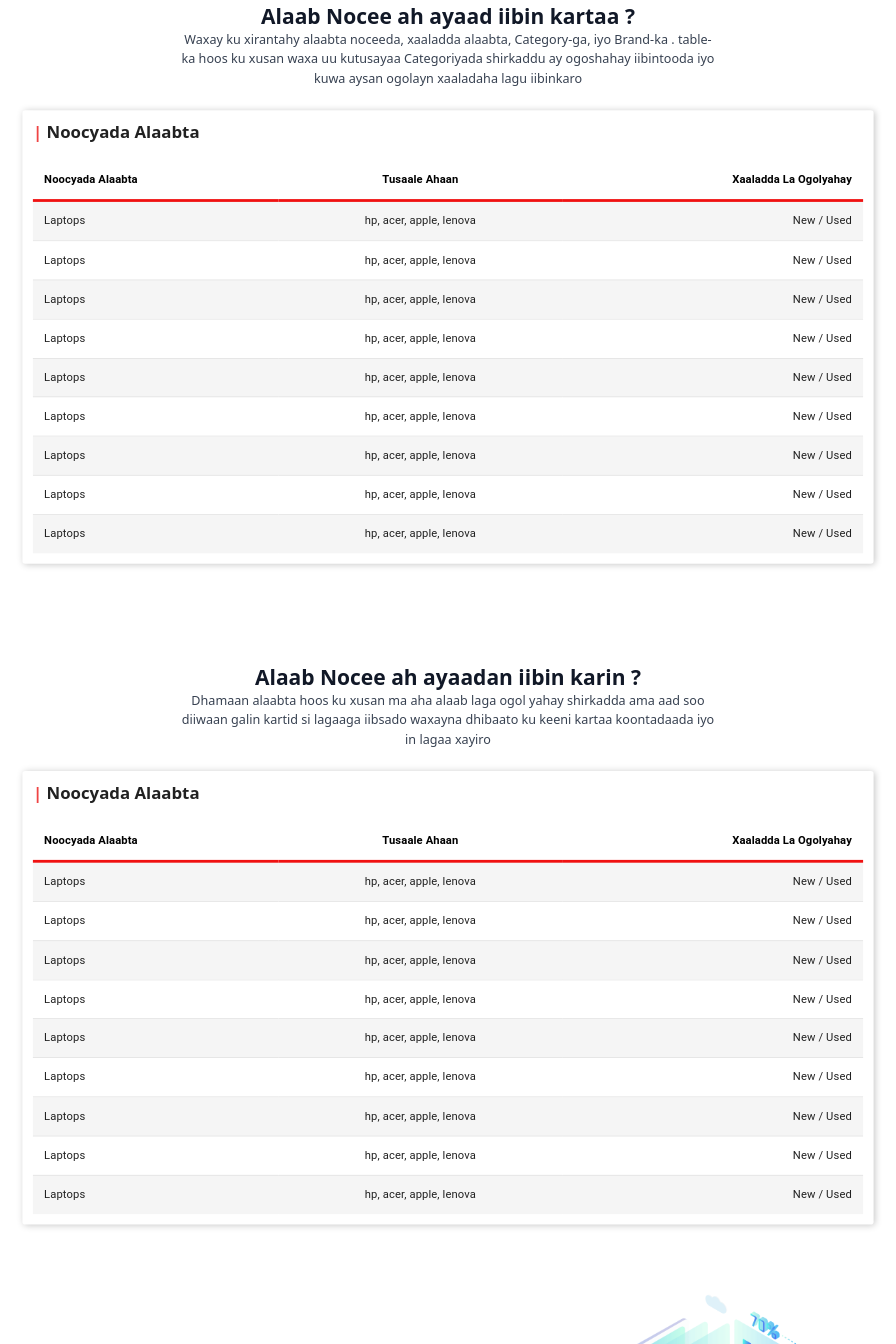
Repository: muraadso/Muraadso-Sellers
Page: /
The author's editor kept a copy of each file at every save. The page is drawn from the files as they stood at one save, then again after the next save.
The browser window is 1280 px wide. The pictures show the part of the page from y = 2278 to 4198 px (the page is 7978 px tall before and 6974 px after), at 70% of full size.
The project was rebuilt for these pictures with package versions that can differ from the ones it lists, and the page was loaded fresh each time. The framework's server and built-in components were replaced by stand-ins that run in the browser. Also part of the build but not shown: next.config.js.

Above is the page before, as saved 2021-12-11 11:07:29.

After the next save:
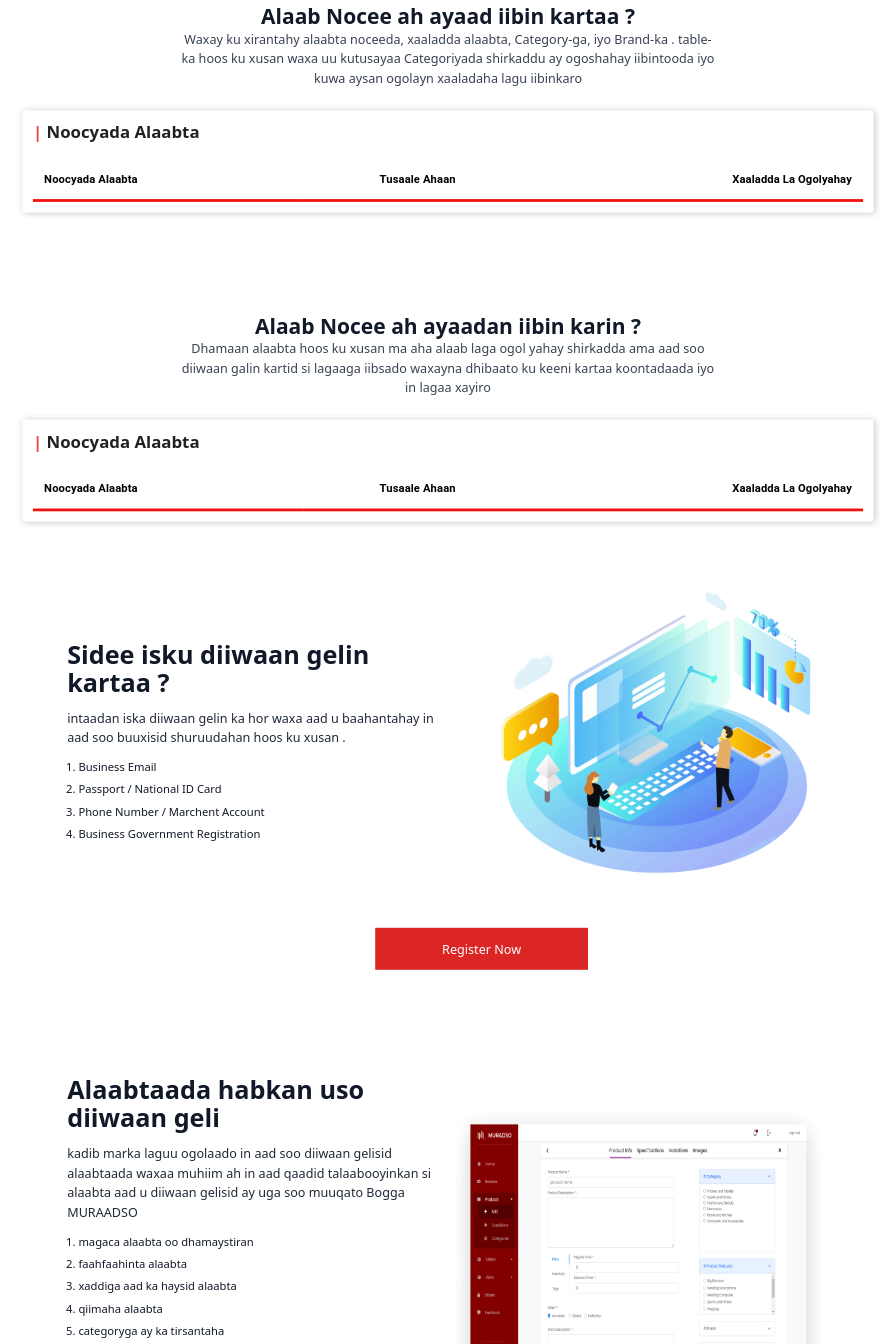
Saved 23 s later.
--- a/components/Whatsell.jsx
+++ b/components/Whatsell.jsx
@@ -44,15 +44,7 @@ function createData(noocaAlaabta, tusaale, xaaladda) {
 }
 
 const rows = [
-  createData('Laptops', 'hp, acer, apple, lenova ', 'New / Used'),
-  createData('Laptops', 'hp, acer, apple, lenova ', 'New / Used'),
-  createData('Laptops', 'hp, acer, apple, lenova ', 'New / Used'),
-  createData('Laptops', 'hp, acer, apple, lenova ', 'New / Used'),
-  createData('Laptops', 'hp, acer, apple, lenova ', 'New / Used'),
-  createData('Laptops', 'hp, acer, apple, lenova ', 'New / Used'),
-  createData('Laptops', 'hp, acer, apple, lenova ', 'New / Used'),
-  createData('Laptops', 'hp, acer, apple, lenova ', 'New / Used'),
-  createData('Laptops', 'hp, acer, apple, lenova ', 'New / Used'),
+
 
 ];
 
